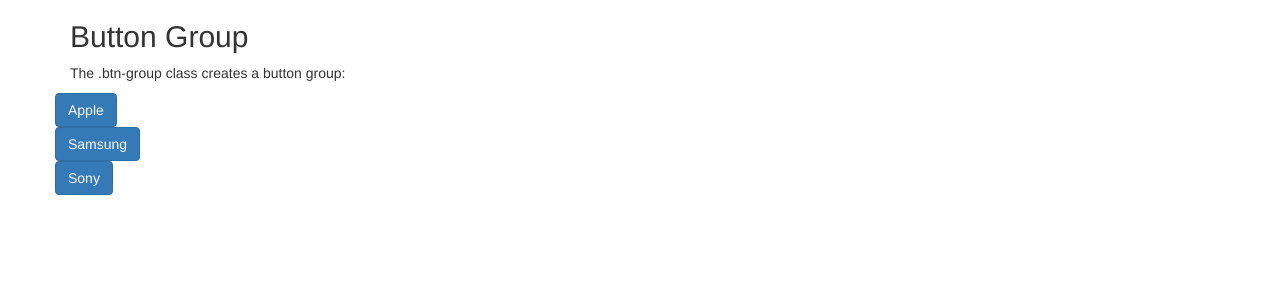
Repository: rsusolutions/RSU-Website
Page: quiz/index2.html
These files come from the project's save history. The page is drawn as it stood at one moment and after the next save; the edit follows.
The browser window is 1280 px wide. The pictures show the whole page.

Above is the page before, as saved 2020-04-21 13:35:57.

After the next save:
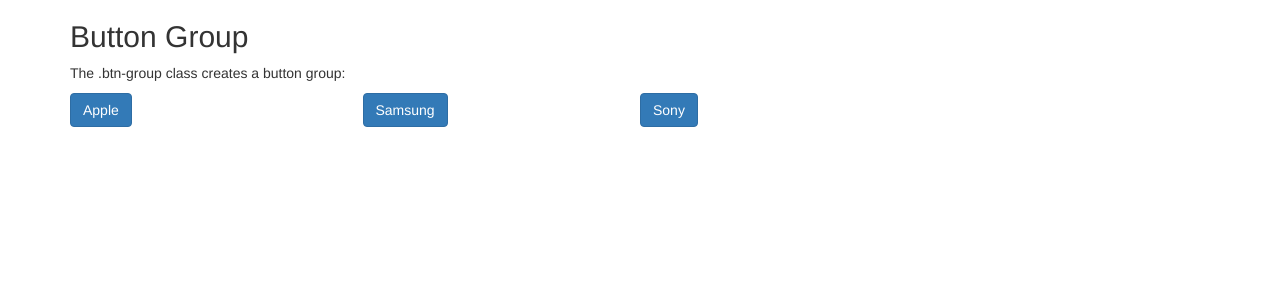
Saved 71 s later.
--- a/quiz/index2.html
+++ b/quiz/index2.html
@@ -17,10 +17,10 @@
   <h2>Button Group</h2>
   <p>The .btn-group class creates a button group:</p>
   <div class="row">
-    <div class="col-sm">
+    <div class="col-sm-3">
       <button type="button "  class="btn btn-primary  ">Apple</button>
     </div>
-    <div class="col-sm">
+    <div class="col-sm-3">
       <button type="button"  class="btn btn-primary ">Samsung</button>
     </div>
     <div class="col-sm">
